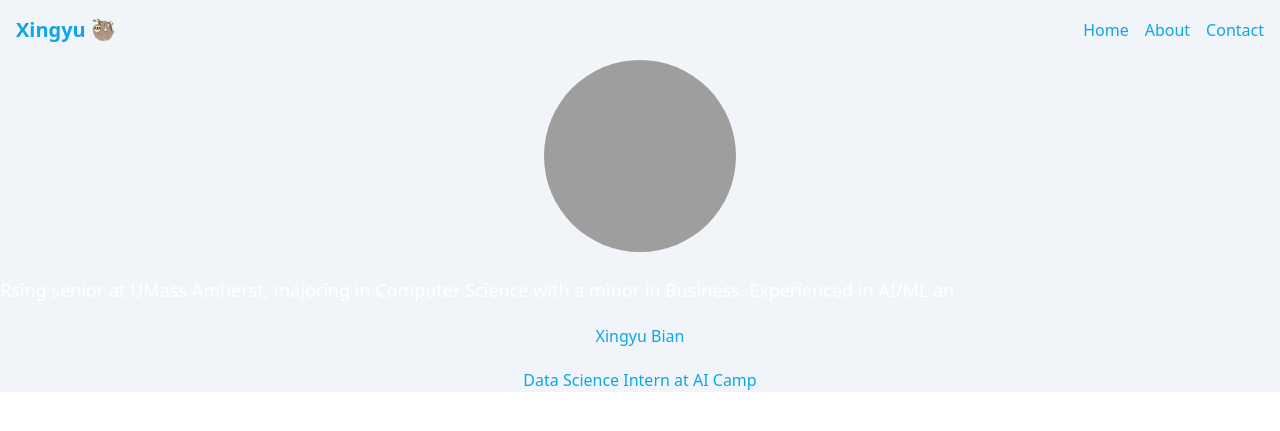
Repository: therealcyberlord/personal-portfolio
Page: /
These files come from the project's save history. The page is drawn as it stood at one moment and after the next save; the edit follows.
The browser window is 1280 px wide. The pictures show the whole page.
Pictures or frames that could not be fetched are drawn as grey boxes. The project was rebuilt for these pictures with package versions that can differ from the ones it lists, and the page was loaded fresh each time. Also part of the build but not shown: vite.config.ts, src/pages/About.tsx, src/pages/Contact.tsx.

Above is the page before, as saved 2023-07-22 23:38:54.

### src/App.tsx
import { BrowserRouter as Router, Routes, Route } from "react-router-dom";
import Home from "./pages/Home";
import About from "./pages/About";
import Contact from "./pages/Contact";
import Navbar from "./components/Nav";

function App() {
  return (
    <div className="bg-slate-100 dark:bg-slate-800">
      <Router>
        <Navbar />

        <Routes>
          <Route path="/" element={<Home />} />
          <Route path="/about" element={<About />} />
          <Route path="/contact" element={<Contact />} />
        </Routes>
      </Router>
    </div>
  );
}

export default App;

### src/pages/Home.tsx
import Profile from "../components/Profile";

// home page
const Home = () => {
  return (
    <Profile
      name="Xingyu Bian"
      description="Rising senior at UMass Amherst, majoring in Computer Science with a minor in Business. Experienced in AI/ML and web development. Passionate about leveraging machine learning, particularly large language models (LLMs), to tackle complex problems."
      img_path="https://avatars.githubusercontent.com/u/30872286?v=4"
      role="Data Science Intern at AI Camp"
    />
  );
};

export default Home;

### src/components/Nav.tsx
import { Link } from "react-router-dom";

const Navbar = () => {
  return (
    <nav className="p-4">
      <div className="flex justify-between items-center">
        <div className="text-sky-500 dark:text-sky-400 font-bold text-xl">
          Xingyu 🦥
        </div>
        <ul className="flex space-x-4">
          <li>
            <Link
              to="/"
              className="text-sky-500 dark:text-sky-400 hover:text-blue-200 dark:hover:text-blue-200 transition duration-300"
            >
              Home
            </Link>
          </li>
          <li>
            <Link
              to="/about"
              className="text-sky-500 dark:text-sky-400 hover:text-blue-200 dark:hover:text-blue-200 transition duration-300"
            >
              About
            </Link>
          </li>
          <li>
            <Link
              to="/contact"
              className="text-sky-500 dark:text-sky-400 hover:text-blue-200 dark:hover:text-blue-200 transition duration-300"
            >
              Contact
            </Link>
          </li>
        </ul>
      </div>
    </nav>
  );
};

export default Navbar;

### src/components/Profile.tsx
import React, { useState, useEffect } from "react";

interface ProfileProps {
  name: string;
  description: string;
  img_path: string;
  role: string;
}

const Profile: React.FC<ProfileProps> = ({
  name,
  description,
  img_path,
  role,
}) => {
  const [typedText, setTypedText] = useState("");

  useEffect(() => {
    let currentIndex = 0;
    const intervalId = setInterval(() => {
      if (currentIndex < description.length - 1) {
        setTypedText((prevText) => prevText + description[currentIndex]);
        currentIndex++;
      } else {
        clearInterval(intervalId);
      }
    }, 50);

    return () => {
      clearInterval(intervalId);
    };
  }, [description]);

  return (
    <>
      <img
        className="w-48 h-48 rounded-full mx-auto"
        src={img_path}
        alt="Xingyu's profile picture"
        width="384"
        height="512"
      />
      <figure className="md:flex">
        <div className="pt-6 text-center space-y-4">
          <blockquote>
            <p className="text-lg font-sm text-white ">{typedText}</p>
          </blockquote>
        </div>
      </figure>
      <figcaption className="font-medium text-center">
        <div className="my-5 text-sky-500 dark:text-sky-400 font-sans">
          {name}
        </div>
        <div className=" text-sky-500 dark:text-sky-400 font-sans">{role}</div>
      </figcaption>
    </>
  );
};

export default Profile;

### tailwind.config.js
/** @type {import('tailwindcss').Config} */

export default {
  content: ["./index.html", "./src/**/*.{js,ts,jsx,tsx}"],
  theme: {
    extend: {
      colors: {
        primary: "#202225",
        secondary: "#5865f2",
      },
    },
  },
  plugins: [],
};

Loaded but not shown: src/main.tsx (common file); src/index.css (common file)

After the next save:
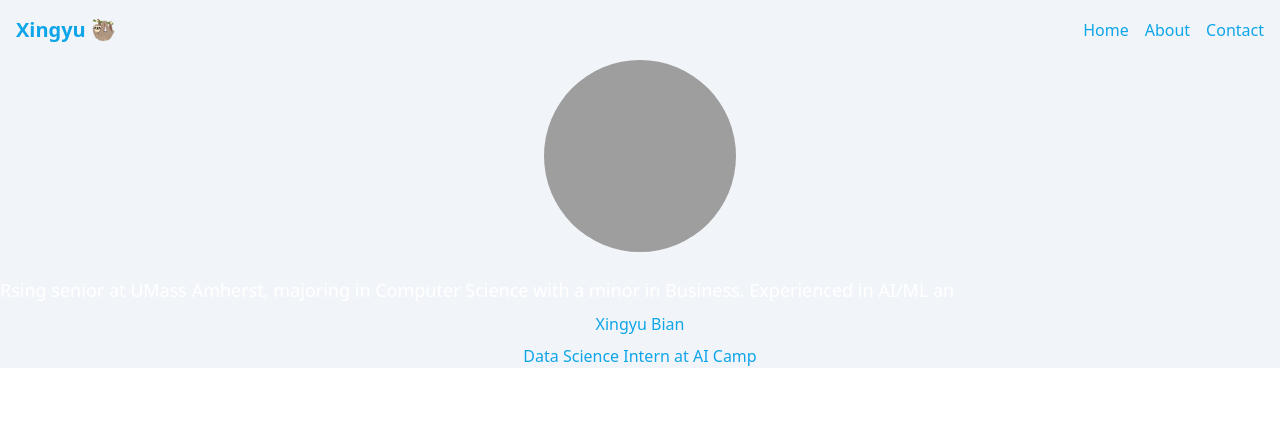
Saved 18 s later.
--- a/src/components/Profile.tsx
+++ b/src/components/Profile.tsx
@@ -48,7 +48,7 @@ const Profile: React.FC<ProfileProps> = ({
         </div>
       </figure>
       <figcaption className="font-medium text-center">
-        <div className="my-5 text-sky-500 dark:text-sky-400 font-sans">
+        <div className="my-2 text-sky-500 dark:text-sky-400 font-sans">
           {name}
         </div>
         <div className=" text-sky-500 dark:text-sky-400 font-sans">{role}</div>
